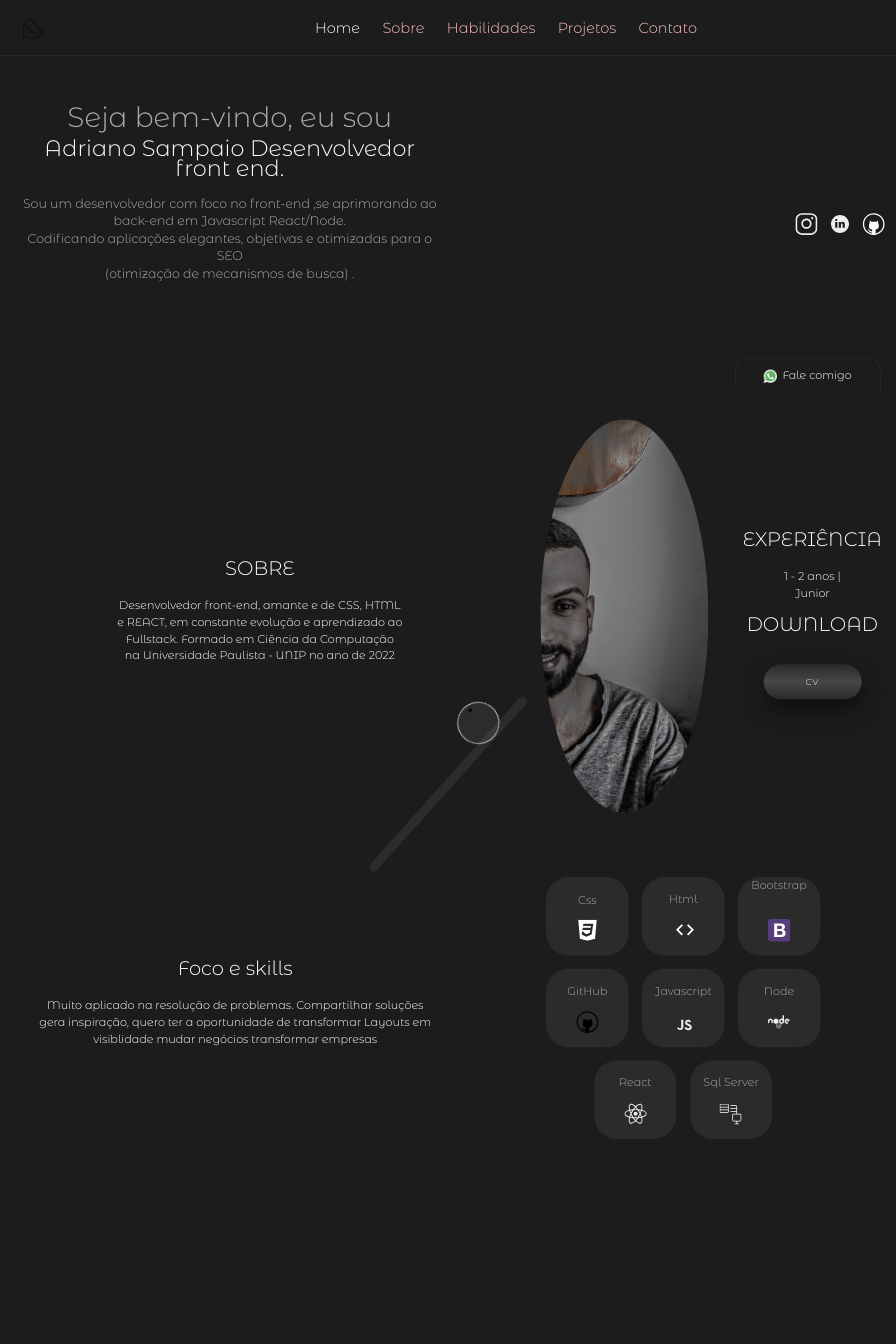
Repository: adrianodisam/NovoPortifolio
Page: /
The author's editor kept a copy of each file at every save. The page is drawn from the files as they stood at one save, then again after the next save.
The browser window is 1280 px wide. The pictures show the part of the page from y = 0 to 1920 px (the page is 3024 px tall), at 70% of full size.
The project was rebuilt for these pictures with package versions that can differ from the ones it lists, and the page was loaded fresh each time. Imported but missing from the stored project, and not drawn on this page: src/componentes/Download/Adriano.pdf.

Above is the page before, as saved 2024-11-02 16:24:05.

After the next save:
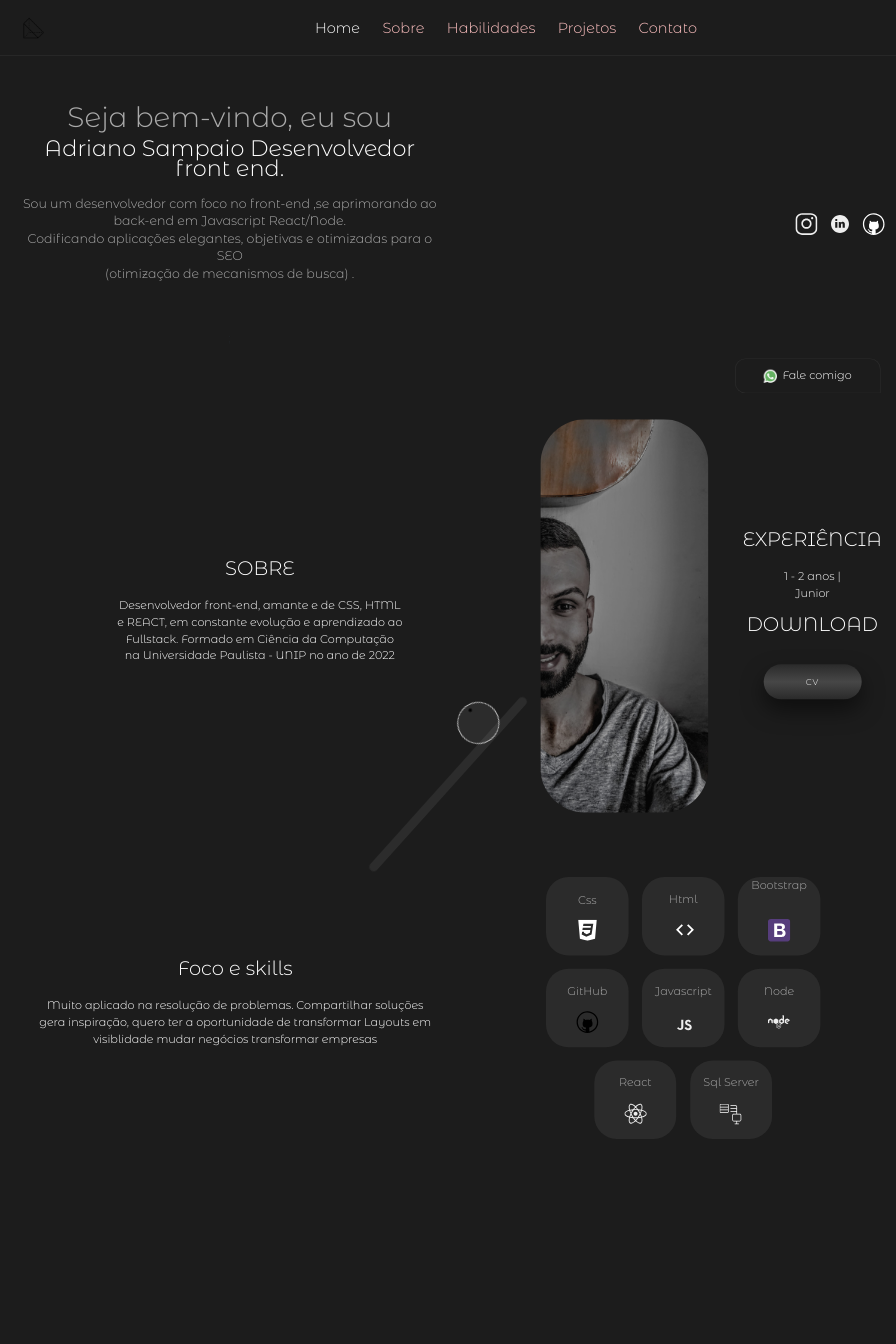
Saved 9 s later.
--- a/src/componentes/FotoSobre/FotoSobre.module.css
+++ b/src/componentes/FotoSobre/FotoSobre.module.css
@@ -30,7 +30,7 @@
     80% 0%,
     51% 1%
   ); */
-  border-radius: 50%;
+  /* border-radius: 50%; */
   /* filter: drop-shadow(0 0 2rem #eedd82); */
   opacity: 0.8;
 }
